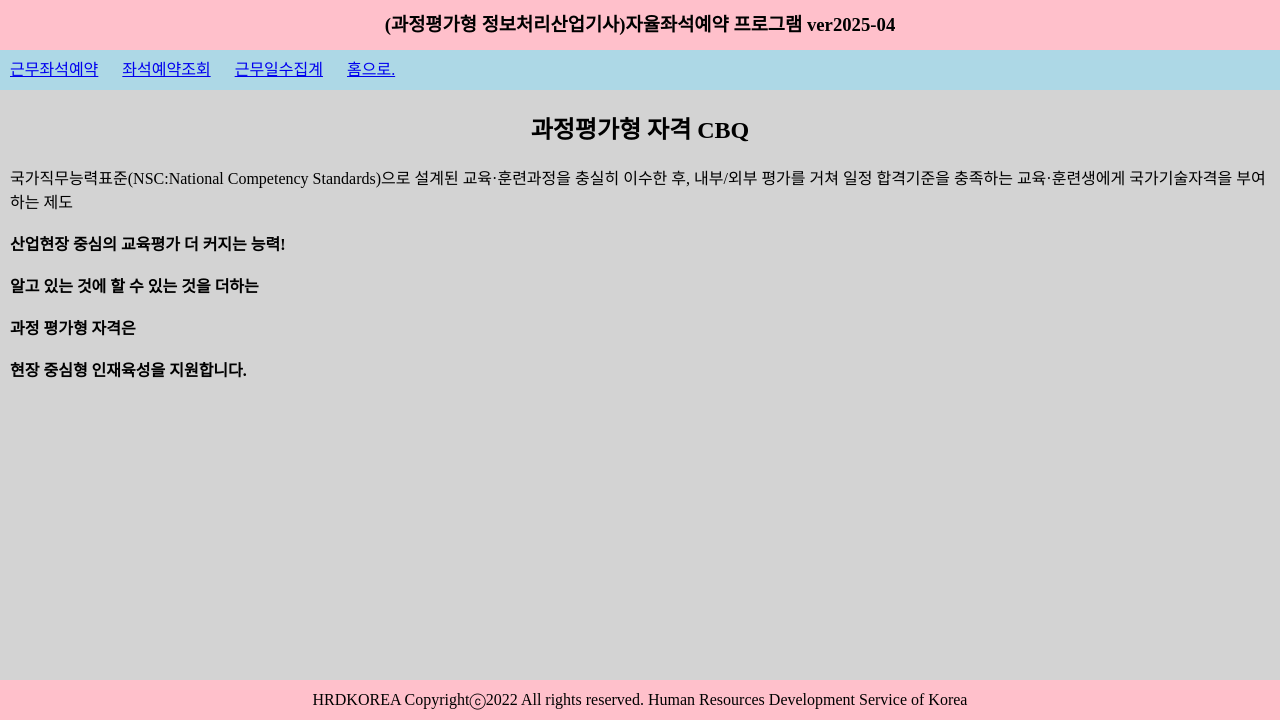
Repository: seowonjong/proje-ct
Page: http://localhost/seat/
The author's editor kept a copy of each file at every save. The page is drawn from the files as they stood at one save, then again after the next save.
The browser window is 1280 px wide. The pictures show the whole page.
The page is served by Tomcat 9.

Above is the page before, as saved 2025-08-25 01:19:40.

### seat/src/main/webapp/index.jsp
<%@ page language="java" contentType="text/html; charset=UTF-8"
    pageEncoding="UTF-8"%>
<!DOCTYPE html>
<html>
<head>
<meta charset="UTF-8">
<title>index</title>
<style>
	*{
		margin: 0;
		padding: 0;
	}

	section{
		width: 100%;
		height: calc(100vh - 130px);
		background-color: lightgray;

	}

	section h2{
		padding: 20px;
		text-align: center;
	}
	section p{
		padding-left: 10px;
	}


</style>
</head>
<body>
	<jsp:include page="header.jsp"></jsp:include>
	<jsp:include page="nav.jsp"></jsp:include>
	<section>
		<h2> 과정평가형 자격 CBQ </h2>

		<p>국가직무능력표준(NSC:National Competency Standards)으로 설계된 교육·훈련과정을 충실히 이수한 후, 내부/외부 평가를 거쳐 일정 합격기준을 충족하는 교육·훈련생에게 국가기술자격을 부여하는 제도<br><br>
		<b>산업현장 중심의 교육평가 더 커지는 능력!<br><br>
			알고 있는 것에 할 수 있는 것을 더하는<br><br>
			과정 평가형 자격은<br><br>
			현장 중심형 인재육성을 지원합니다.
		</b>
		</p>
	</section>
	<jsp:include page="footer.jsp"></jsp:include>
</body>
</html>

### seat/src/main/webapp/header.jsp
<%@ page language="java" contentType="text/html; charset=UTF-8"
    pageEncoding="UTF-8"%>
<!DOCTYPE html>
<html>
<head>
<meta charset="UTF-8">
<title>header</title>
<style>
header{
		width: 100%;
		height: 50px;
		background-color: pink;
		text-align: center;
		line-height: 50px;
	}
</style>
</head>
<body>
<header>
		<h3>(과정평가형 정보처리산업기사)자율좌석예약 프로그램 ver2025-04</h3>
	</header>
</body>
</html>

### seat/src/main/webapp/nav.jsp
<%@ page language="java" contentType="text/html; charset=UTF-8"
    pageEncoding="UTF-8"%>
<!DOCTYPE html>
<html>
<head>
<meta charset="UTF-8">
<title>nav</title>
<style>
nav{
		width: 100%;
		height: 40px;
		background-color: lightblue;
		line-height: 40px;
	}
	nav a{
		padding : 0 10px;
	}
</style>
</head>
<body>
<nav>
		<a href="insert.jsp">근무좌석예약</a>
		<a href="slist.jsp">좌석예약조회</a>
		<a href="count.jsp">근무일수집계</a>
		<a href="index.jsp">홈으로.</a>
	</nav>
</body>
</html>

### seat/src/main/webapp/footer.jsp
<%@ page language="java" contentType="text/html; charset=UTF-8"
    pageEncoding="UTF-8"%>
<!DOCTYPE html>
<html>
<head>
<meta charset="UTF-8">
<title>footer</title>
<style>
footer{
		width: 100%;
		height: 40px;
		background-color: pink;
		text-align: center;
		line-height: 40px;
	}
</style>
</head>
<body>
<footer>HRDKOREA Copyrightⓒ2022 All rights reserved. Human Resources Development Service of Korea</footer>
</body>
</html>

After the next save:
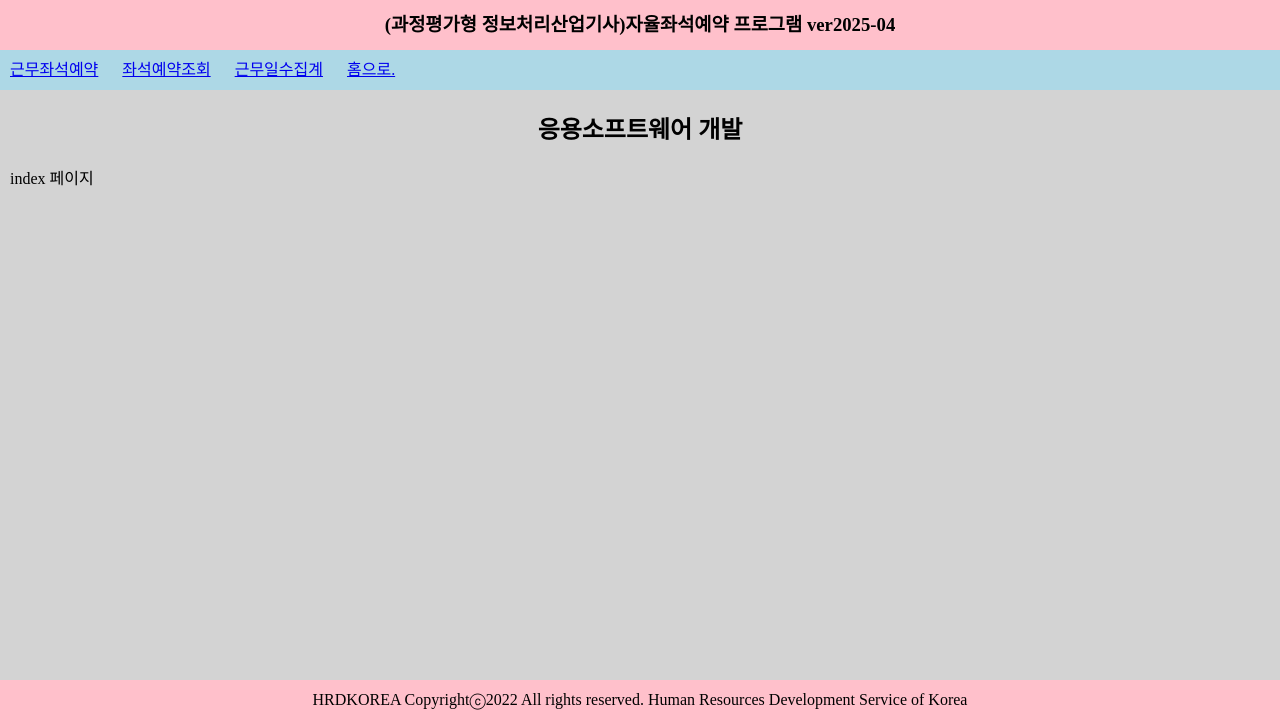
Saved 68 s later.
--- a/seat/src/main/webapp/index.jsp
+++ b/seat/src/main/webapp/index.jsp
@@ -33,13 +33,10 @@
 	<jsp:include page="header.jsp"></jsp:include>
 	<jsp:include page="nav.jsp"></jsp:include>
 	<section>
-		<h2> 과정평가형 자격 CBQ </h2>
+		<h2> 응용소프트웨어 개발 </h2>
 
-		<p>국가직무능력표준(NSC:National Competency Standards)으로 설계된 교육·훈련과정을 충실히 이수한 후, 내부/외부 평가를 거쳐 일정 합격기준을 충족하는 교육·훈련생에게 국가기술자격을 부여하는 제도<br><br>
-		<b>산업현장 중심의 교육평가 더 커지는 능력!<br><br>
-			알고 있는 것에 할 수 있는 것을 더하는<br><br>
-			과정 평가형 자격은<br><br>
-			현장 중심형 인재육성을 지원합니다.
+		<p>
+		index 페이지
 		</b>
 		</p>
 	</section>
